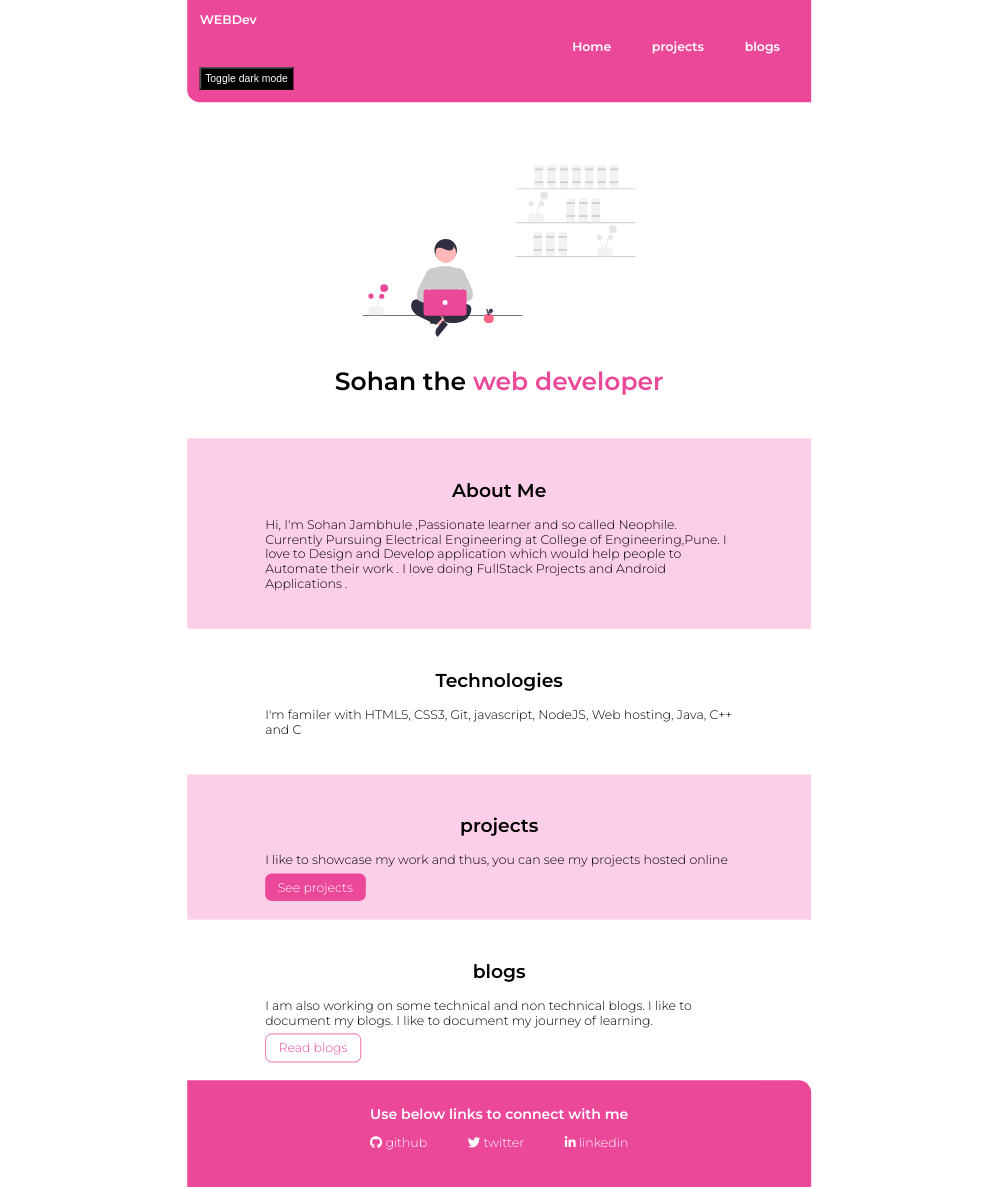
Repository: sohan2503001/Portfolio
Page: index.html
An editor plug-in stored every save of this project. The page is shown before and after the next save, followed by the edit.
The browser window is 1280 px wide. The pictures show the whole page, at 78% of full size.

Above is the page before, as saved 2021-04-21 12:35:47.

After the next save:
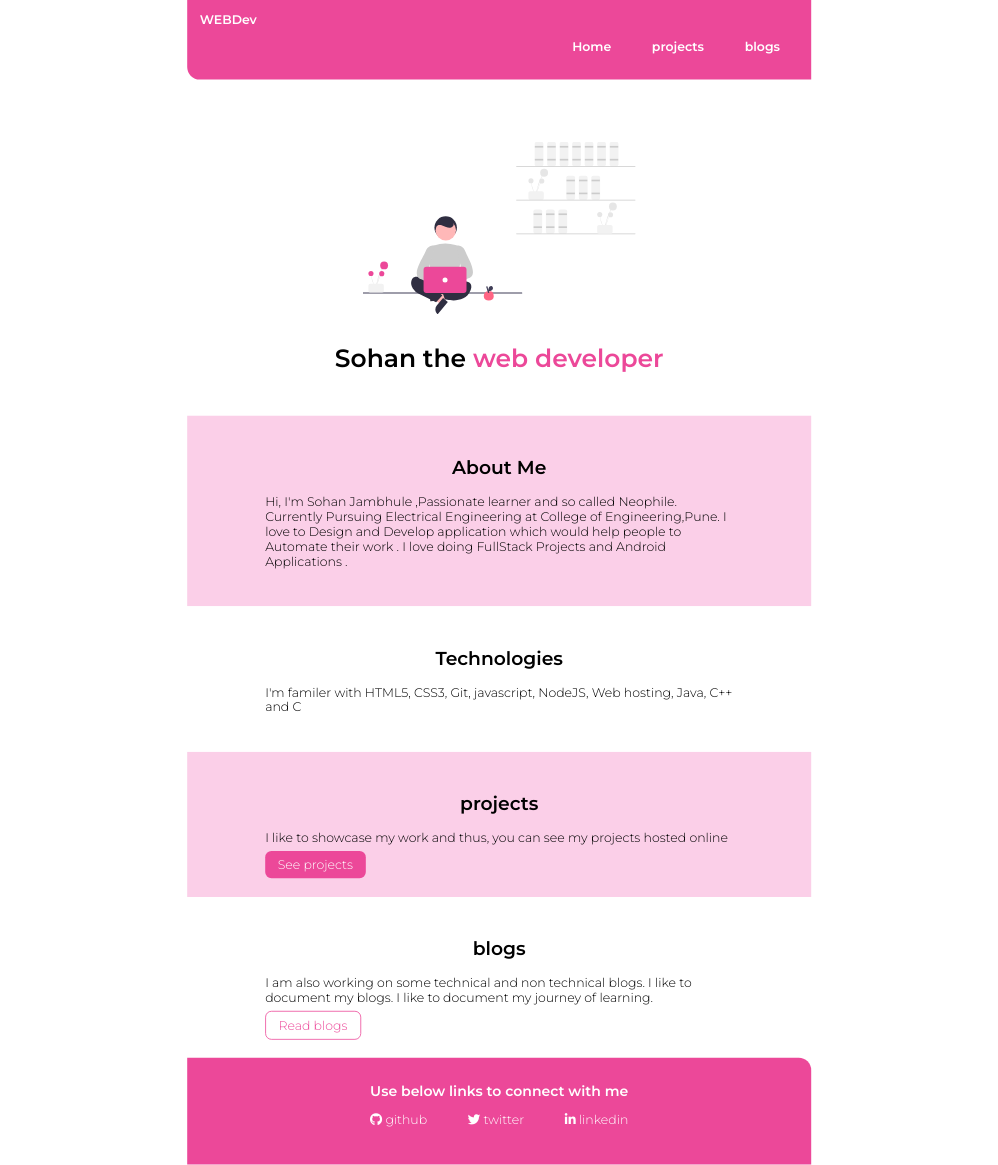
Saved 3 min 12 s later.
--- a/index.html
+++ b/index.html
@@ -26,7 +26,6 @@
         <a class="link link-active" href="blogs.html">blogs</a>
       </li>
     </ul>
-    <button onclick="myFunction()" class="button-dark">Toggle dark mode</button>
   </nav>
 
   <header class="hero">
